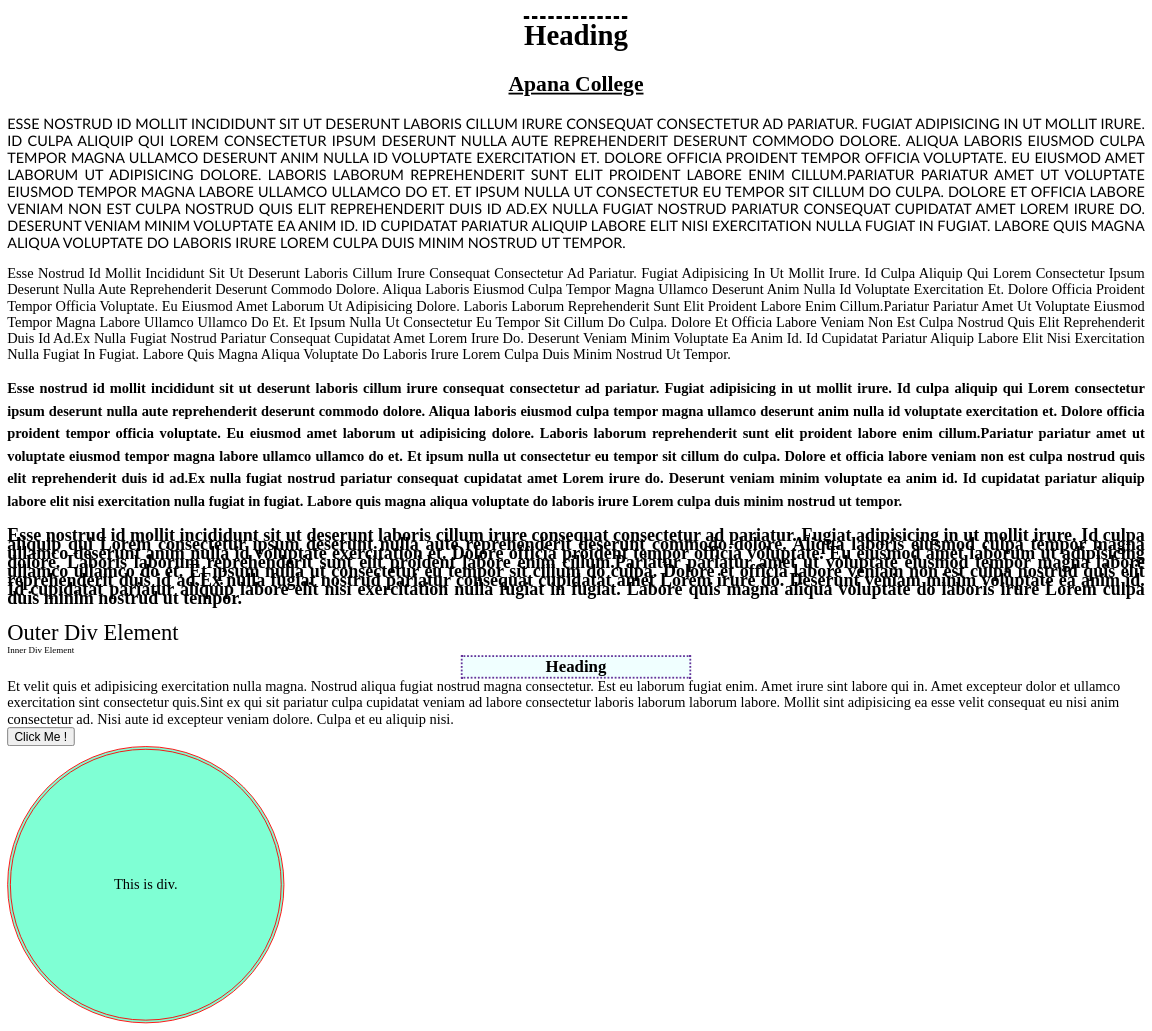
Repository: rakeshkolpepatil/CSS_Apana_College
Page: index.html
An editor plug-in stored every save of this project. The page is shown before and after the next save, followed by the edit.
The browser window is 1280 px wide. The pictures show the whole page, at 90% of full size.

Above is the page before, as saved 2023-06-22 21:38:15.

### index.html
<!DOCTYPE html>
<html lang="en">
<head>
  <meta charset="UTF-8">
  <meta name="viewport" content="width=device-width, initial-scale=1.0">
  <title>Document</title>
  <link rel="stylesheet" href="styleTwo.css">
</head>
<body>
  <h1> Heading </h1>
  <h2> Apana College </h2>
  <p id="pOne">Esse nostrud id mollit incididunt sit ut deserunt laboris cillum irure consequat consectetur ad pariatur. Fugiat adipisicing in ut mollit irure. Id culpa aliquip qui Lorem consectetur ipsum deserunt nulla aute reprehenderit deserunt commodo dolore. Aliqua laboris eiusmod culpa tempor magna ullamco deserunt anim nulla id voluptate exercitation et. Dolore officia proident tempor officia voluptate. Eu eiusmod amet laborum ut adipisicing dolore. Laboris laborum reprehenderit sunt elit proident labore enim cillum.Pariatur pariatur amet ut voluptate eiusmod tempor magna labore ullamco ullamco do et. Et ipsum nulla ut consectetur eu tempor sit cillum do culpa. Dolore et officia labore veniam non est culpa nostrud quis elit reprehenderit duis id ad.Ex nulla fugiat nostrud pariatur consequat cupidatat amet Lorem irure do. Deserunt veniam minim voluptate ea anim id. Id cupidatat pariatur aliquip labore elit nisi exercitation nulla fugiat in fugiat. Labore quis magna aliqua voluptate do laboris irure Lorem culpa duis minim nostrud ut tempor.
  </p>
  <p id="pTwo">Esse nostrud id mollit incididunt sit ut deserunt laboris cillum irure consequat consectetur ad pariatur. Fugiat adipisicing in ut mollit irure. Id culpa aliquip qui Lorem consectetur ipsum deserunt nulla aute reprehenderit deserunt commodo dolore. Aliqua laboris eiusmod culpa tempor magna ullamco deserunt anim nulla id voluptate exercitation et. Dolore officia proident tempor officia voluptate. Eu eiusmod amet laborum ut adipisicing dolore. Laboris laborum reprehenderit sunt elit proident labore enim cillum.Pariatur pariatur amet ut voluptate eiusmod tempor magna labore ullamco ullamco do et. Et ipsum nulla ut consectetur eu tempor sit cillum do culpa. Dolore et officia labore veniam non est culpa nostrud quis elit reprehenderit duis id ad.Ex nulla fugiat nostrud pariatur consequat cupidatat amet Lorem irure do. Deserunt veniam minim voluptate ea anim id. Id cupidatat pariatur aliquip labore elit nisi exercitation nulla fugiat in fugiat. Labore quis magna aliqua voluptate do laboris irure Lorem culpa duis minim nostrud ut tempor.
  </p>
  <p id="pThree">Esse nostrud id mollit incididunt sit ut deserunt laboris cillum irure consequat consectetur ad pariatur. Fugiat adipisicing in ut mollit irure. Id culpa aliquip qui Lorem consectetur ipsum deserunt nulla aute reprehenderit deserunt commodo dolore. Aliqua laboris eiusmod culpa tempor magna ullamco deserunt anim nulla id voluptate exercitation et. Dolore officia proident tempor officia voluptate. Eu eiusmod amet laborum ut adipisicing dolore. Laboris laborum reprehenderit sunt elit proident labore enim cillum.Pariatur pariatur amet ut voluptate eiusmod tempor magna labore ullamco ullamco do et. Et ipsum nulla ut consectetur eu tempor sit cillum do culpa. Dolore et officia labore veniam non est culpa nostrud quis elit reprehenderit duis id ad.Ex nulla fugiat nostrud pariatur consequat cupidatat amet Lorem irure do. Deserunt veniam minim voluptate ea anim id. Id cupidatat pariatur aliquip labore elit nisi exercitation nulla fugiat in fugiat. Labore quis magna aliqua voluptate do laboris irure Lorem culpa duis minim nostrud ut tempor.
  </p>
  <p id="pFour">Esse nostrud id mollit incididunt sit ut deserunt laboris cillum irure consequat consectetur ad pariatur. Fugiat adipisicing in ut mollit irure. Id culpa aliquip qui Lorem consectetur ipsum deserunt nulla aute reprehenderit deserunt commodo dolore. Aliqua laboris eiusmod culpa tempor magna ullamco deserunt anim nulla id voluptate exercitation et. Dolore officia proident tempor officia voluptate. Eu eiusmod amet laborum ut adipisicing dolore. Laboris laborum reprehenderit sunt elit proident labore enim cillum.Pariatur pariatur amet ut voluptate eiusmod tempor magna labore ullamco ullamco do et. Et ipsum nulla ut consectetur eu tempor sit cillum do culpa. Dolore et officia labore veniam non est culpa nostrud quis elit reprehenderit duis id ad.Ex nulla fugiat nostrud pariatur consequat cupidatat amet Lorem irure do. Deserunt veniam minim voluptate ea anim id. Id cupidatat pariatur aliquip labore elit nisi exercitation nulla fugiat in fugiat. Labore quis magna aliqua voluptate do laboris irure Lorem culpa duis minim nostrud ut tempor.
  </p>

  <div id="outer">
    Outer Div Element
    <div id="inner">
      Inner Div Element
    </div>
  </div>

  <h3> Heading </h3>
  <div>
    Et velit quis et adipisicing exercitation nulla magna. Nostrud aliqua fugiat nostrud magna consectetur. Est eu laborum fugiat enim. Amet irure sint labore qui in. Amet excepteur dolor et ullamco exercitation sint consectetur quis.Sint ex qui sit pariatur culpa cupidatat veniam ad labore consectetur laboris laborum laborum labore. Mollit sint adipisicing ea esse velit consequat eu nisi anim consectetur ad. Nisi aute id excepteur veniam dolore. Culpa et eu aliquip nisi.
  </div>
  <button> Click Me ! </button>
  <div id="div4"> This is div. </div>

</body>
</html>

### styleTwo.css
h1{
  text-align: center;
  text-decoration:  dotted underline  ;
  text-decoration:  dashed overline  ;
}

h2{
  text-align: center;
  text-transform: capitalize;
  text-decoration: underline;
}

#pOne{
  text-align: justify;
  text-transform: uppercase;
  font-weight: 100;
  font-family: 'Gill Sans', 'Gill Sans MT', Calibri, 'Trebuchet MS', sans-serif;
}

#pTwo{
  text-transform: capitalize;
  text-align: justify;
  font-weight: 300;
}

#pThree{
  text-align: justify;
  line-height: 25px;
  font-weight: 600;
}

#pFour{
  text-align: justify;
  font-size: 20px;
  line-height: 10px;
  font-weight: 900;
}

#outer{
  font-size: 25px;
}

#inner{
  font-size: 10px;
}

#div4{
  height: 300px;
  width: 300px;
  background-color:aquamarine;

  /* border-width: 4px;
  border-color: black;
  border-style: dotted; */


  display: flex;
  text-align: center;
  justify-content: center;
  align-items: center;

  /* border: 4px solid red; */
  border: 4px double red;
  /* border-radius: 10px; */
  border-radius: 50% ;
}

h3{
  display: flex;
  justify-content: center;
  align-items:center;
  margin-left: 50%;
  /* text-align: center; */
  border: 2px dotted rebeccapurple;
  width: 20%;
  margin: auto;
  background-color:azure;
}

After the next save:
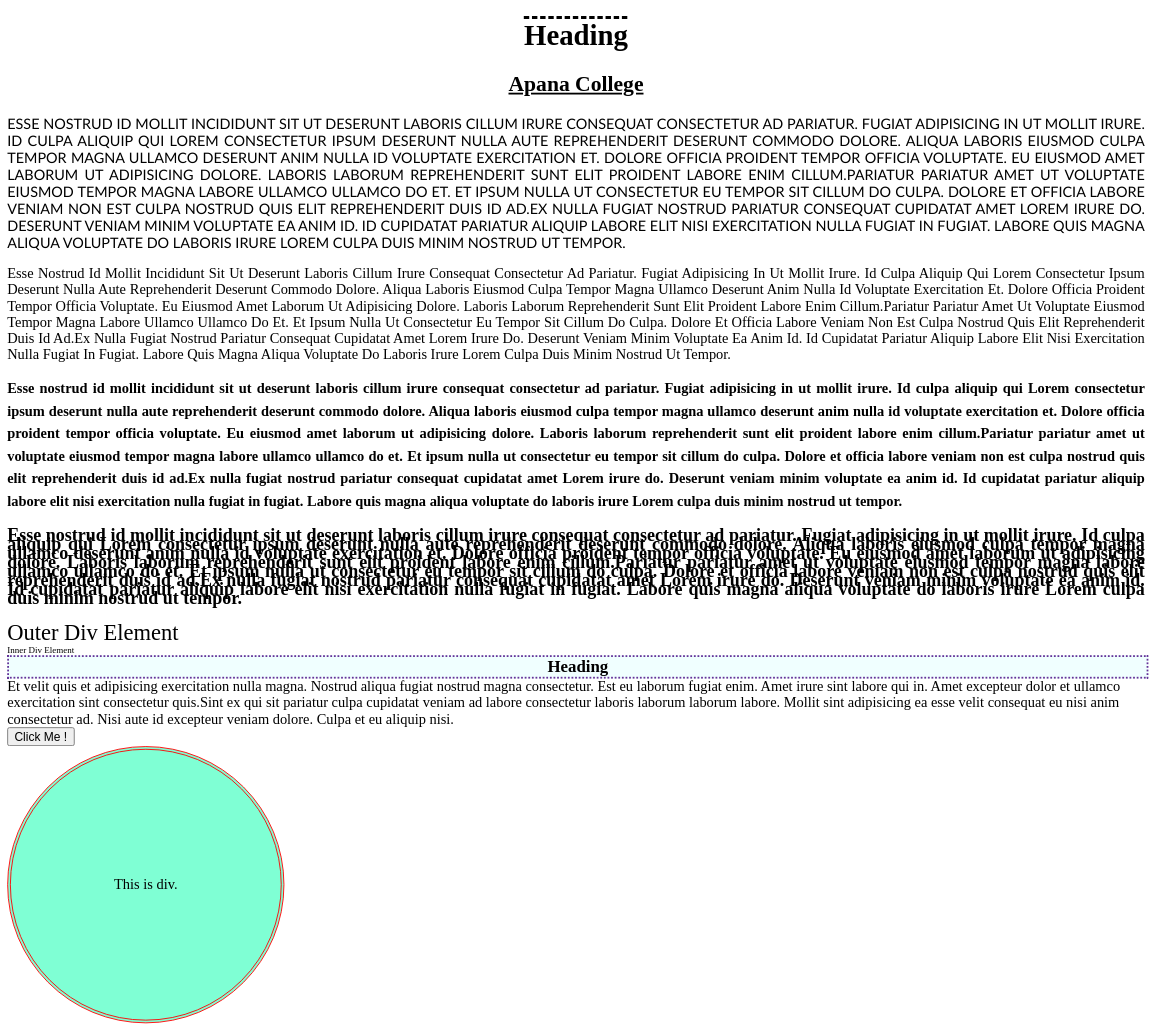
Saved 4 s later.
--- a/styleTwo.css
+++ b/styleTwo.css
@@ -72,7 +72,7 @@ h3{
   margin-left: 50%;
   /* text-align: center; */
   border: 2px dotted rebeccapurple;
-  width: 20%;
+  width: 100%;
   margin: auto;
   background-color:azure;
 }
